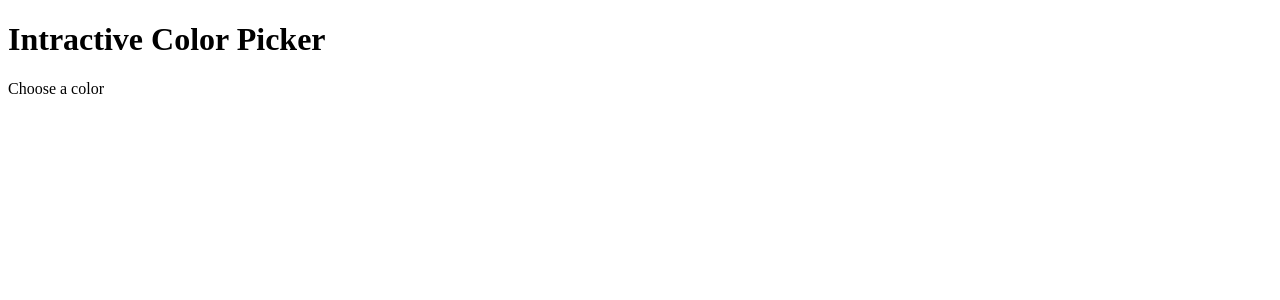
Repository: jamalissef-glitch/exercise1-JS
Page: Exeercise37/index.html
These files come from the project's save history. The page is drawn as it stood at one moment and after the next save; the edit follows.
The browser window is 1280 px wide. The pictures show the whole page.

Above is the page before, as saved 2026-07-15 17:09:02.

After the next save:
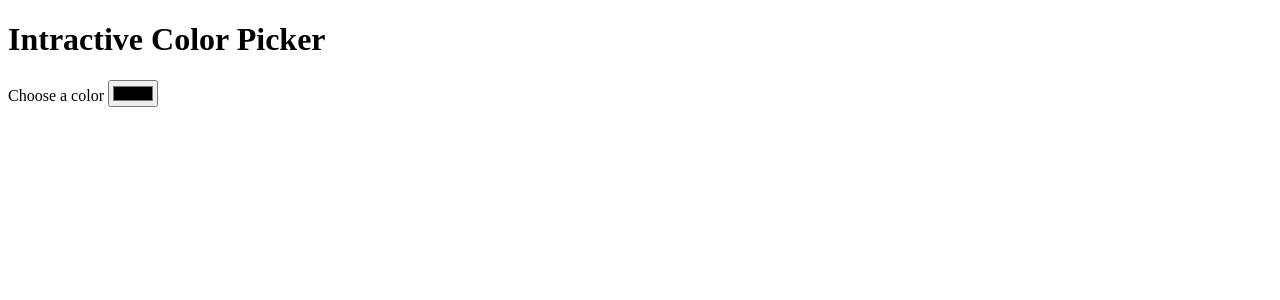
Saved 29 s later.
--- a/Exeercise37/index.html
+++ b/Exeercise37/index.html
@@ -10,6 +10,7 @@
 <body>
  <h1>Intractive Color Picker</h1>
  <label for="colorPicker">Choose a color</label>
+ <input type="color">
 
  <script src="./main.js"></script>
 </body>
